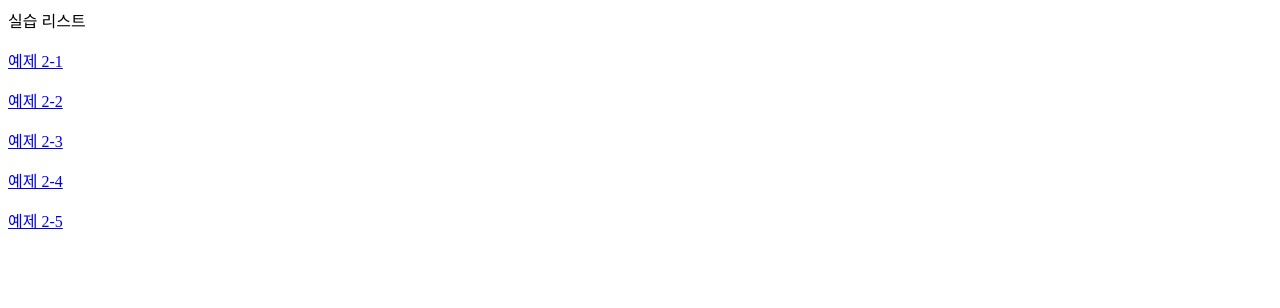
Repository: ezooo/JSP-test
Page: http://localhost/jspbook/
An editor plug-in stored every save of this project. The page is shown before and after the next save, followed by the edit.
The browser window is 1280 px wide. The pictures show the whole page.
The page is served by Tomcat 10. Other server files are loaded and not shown.

Above is the page before, as saved 2024-10-08 01:36:59.

### jspbook/src/main/webapp/index.jsp
<%@ page language="java" contentType="text/html; charset=UTF-8"
    pageEncoding="UTF-8"%>
<!DOCTYPE html>
<html>
<head>
<meta charset="UTF-8">
<title>Insert title here</title>
</head>
<body>
	실습 리스트
	<p>
		<a href="2_1">예제 2-1</a>
	</p>
	<p>
		<a href="2_2">예제 2-2</a>
	</p>
	<p>
		<a href="2_3">예제 2-3</a>
	</p>
	<p>
		<a href="2_4">예제 2-4</a>
	</p>
	<p>
		<a href="2_5">예제 2-5</a>
	</p>
</body>
</html>

After the next save:
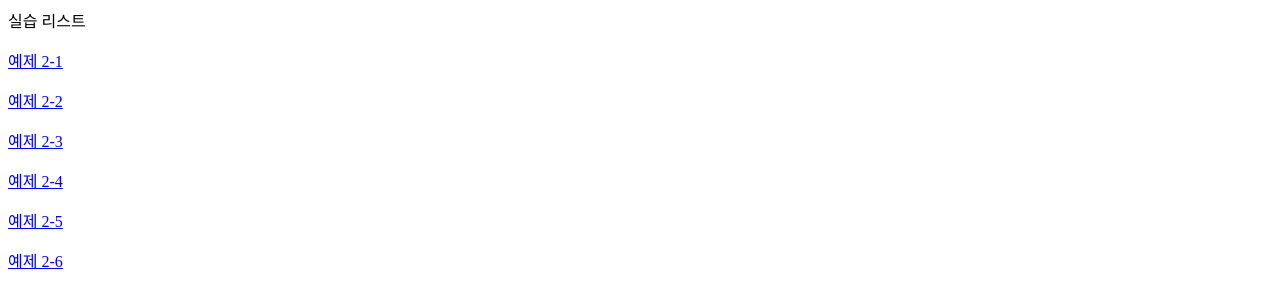
Saved 5 min 59 s later.
--- a/jspbook/src/main/webapp/index.jsp
+++ b/jspbook/src/main/webapp/index.jsp
@@ -23,5 +23,8 @@
 	<p>
 		<a href="2_5">예제 2-5</a>
 	</p>
+	<p>
+		<a href="2_6">예제 2-6</a>
+	</p>
 </body>
 </html>
